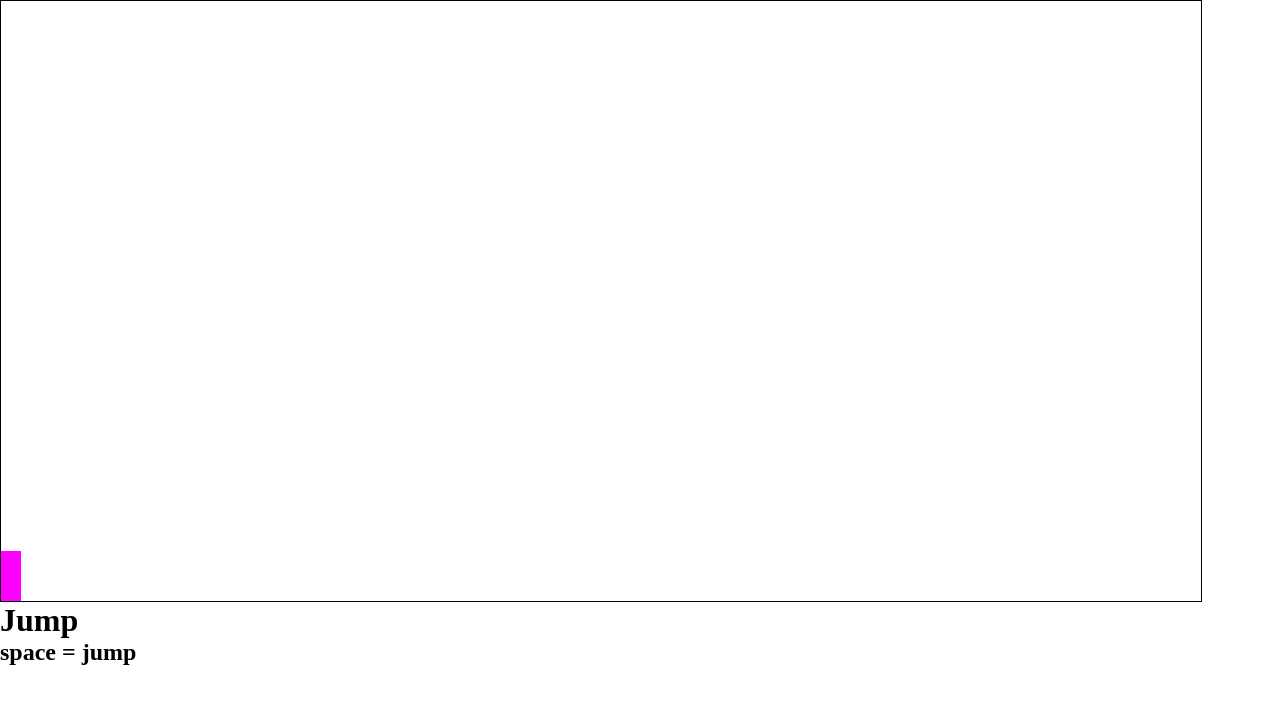
Repository: thecptwaffles/bad-game
Page: index.html
An editor plug-in stored every save of this project. The page is shown before and after the next save, followed by the edit.
The browser window is 1280 px wide. The pictures show the whole page.

Above is the page before, as saved 2022-02-05 08:13:40.

After the next save:
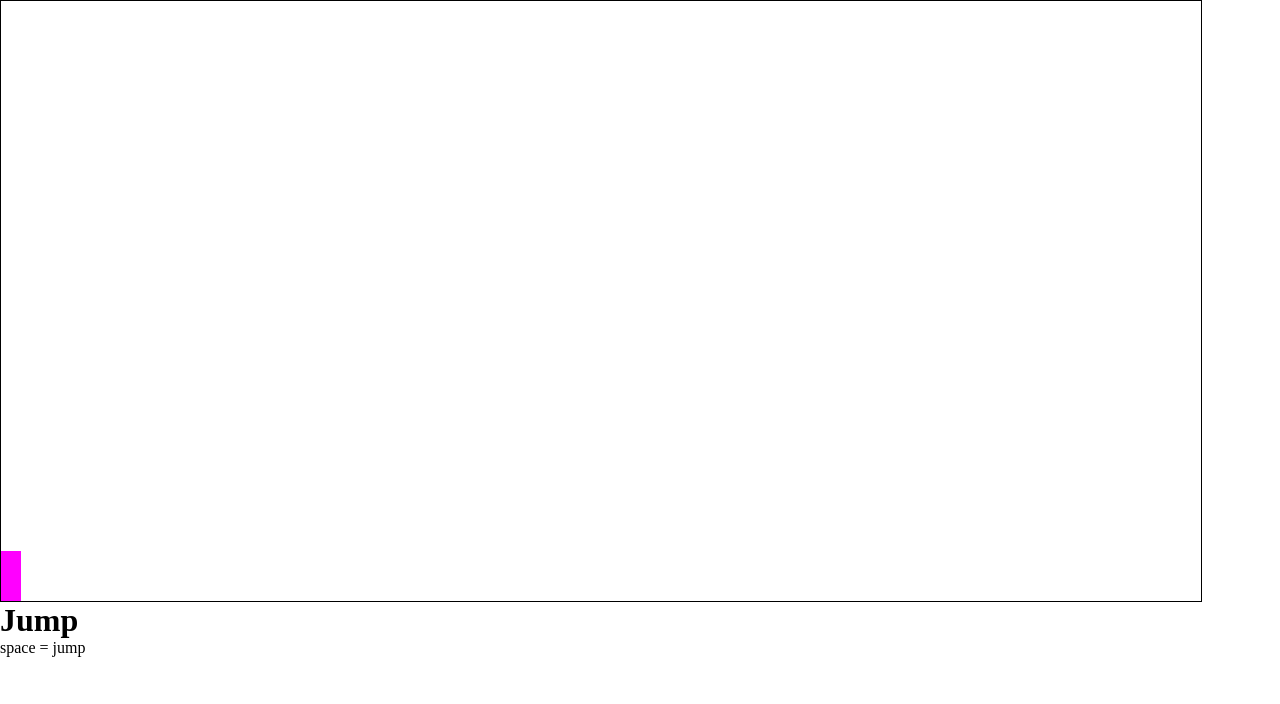
Saved 52 s later.
--- a/index.html
+++ b/index.html
@@ -15,7 +15,7 @@
         <div id="block"></div>
     </div>
     <h1>Jump</h1>
-    <h2>space = jump</h2>
+    <p>space = jump</p>
 </body>
 <script src="./index.js"></script>
 
